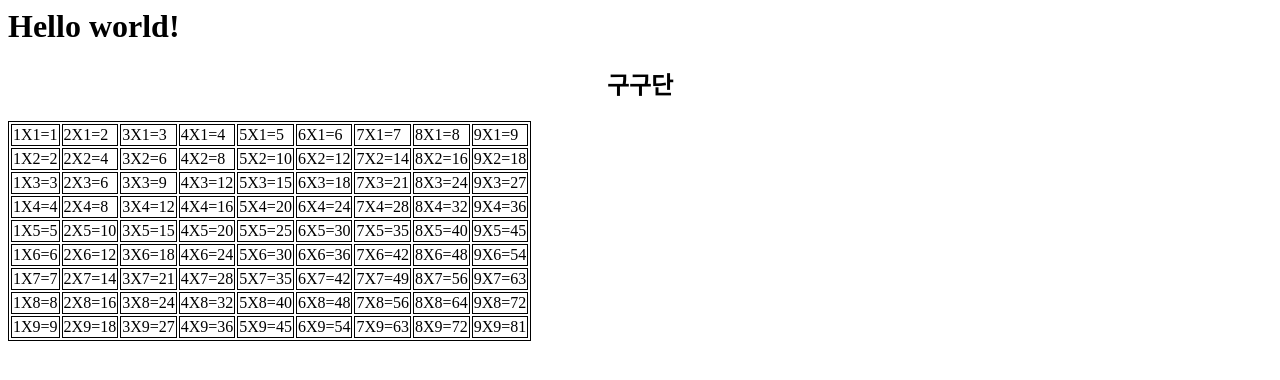
Repository: dhwngjs01/3-1_Spring_Server_Programming
Page: http://localhost/20230314_1to10/gugudan
These files come from the project's save history. The page is drawn as it stood at one moment and after the next save; the edit follows.
The browser window is 1280 px wide. The pictures show the whole page.
The page is served by Tomcat 9.

Above is the page before, as saved 2023-03-14 05:55:03.

After the next save:
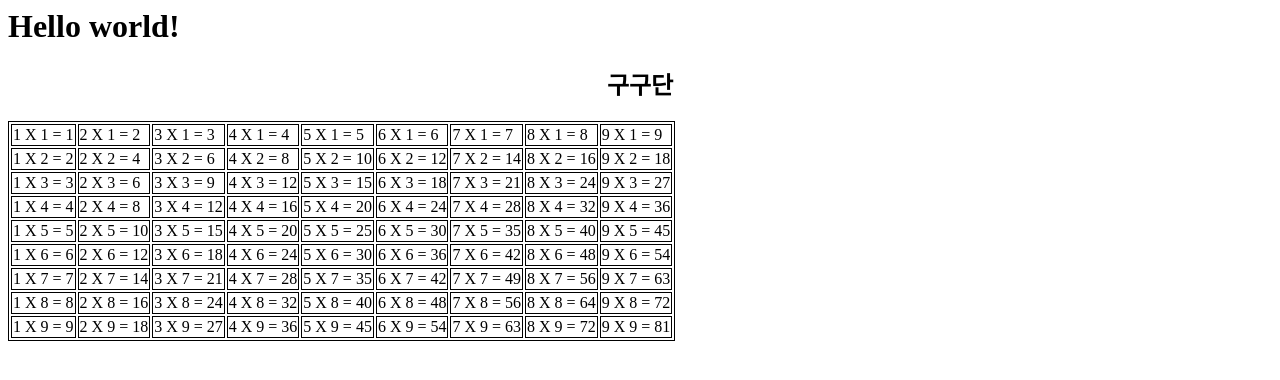
Saved 10 s later.
--- a/20230314_1to10/src/main/webapp/WEB-INF/views/gugudan.jsp
+++ b/20230314_1to10/src/main/webapp/WEB-INF/views/gugudan.jsp
@@ -14,7 +14,7 @@
 			<% for(int i = 1; i <= 9; i++){ %>
 			<tr>
 				<% for(int j = 1; j <= 9; j++){ %>
-				<td style="border:1px solid black"><% out.print(j + "X" + i + "=" + i*j); %></td>
+				<td style="border:1px solid black"><% out.print(j + " X " + i + " = " + i*j); %></td>
 				<% } %>
 			</tr>
 			<% } %>
